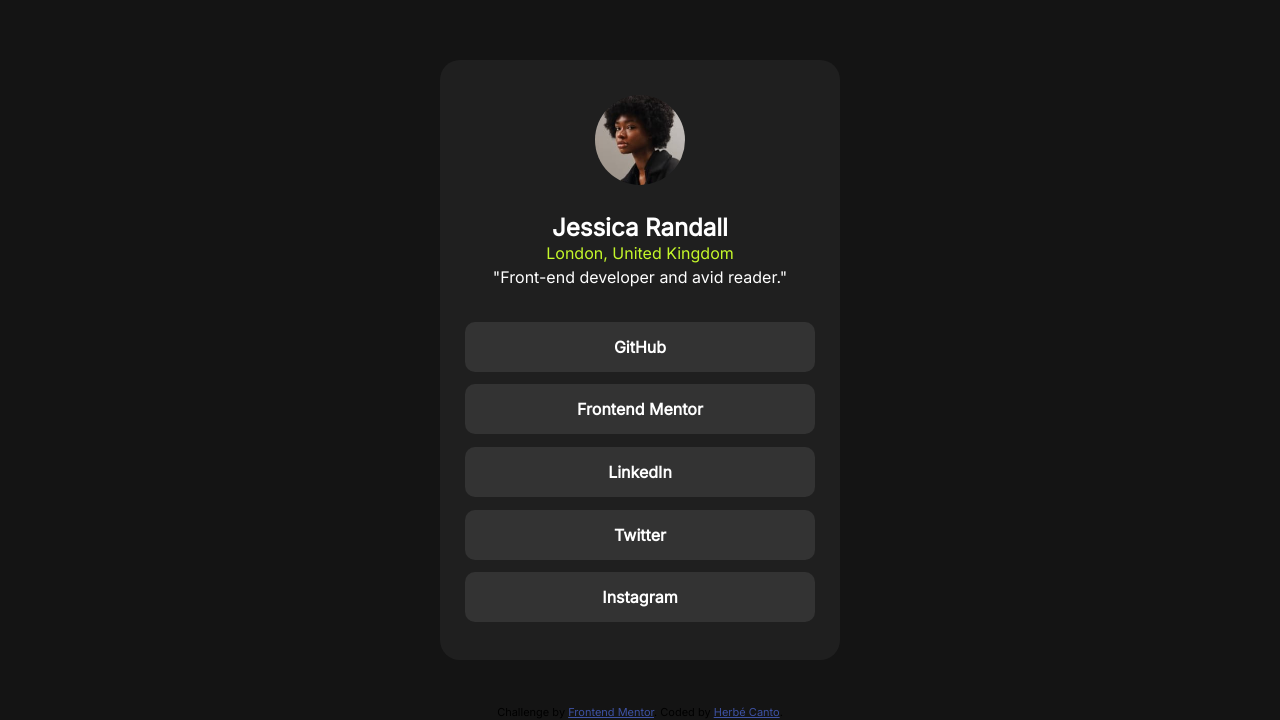
Repository: herbecanto/Social-Links-Profile
Page: index.html
The author's editor kept a copy of each file at every save. The page is drawn from the files as they stood at one save, then again after the next save.
The browser window is 1280 px wide. The pictures show the whole page.

Above is the page before, as saved 2025-01-22 21:47:51.

After the next save:
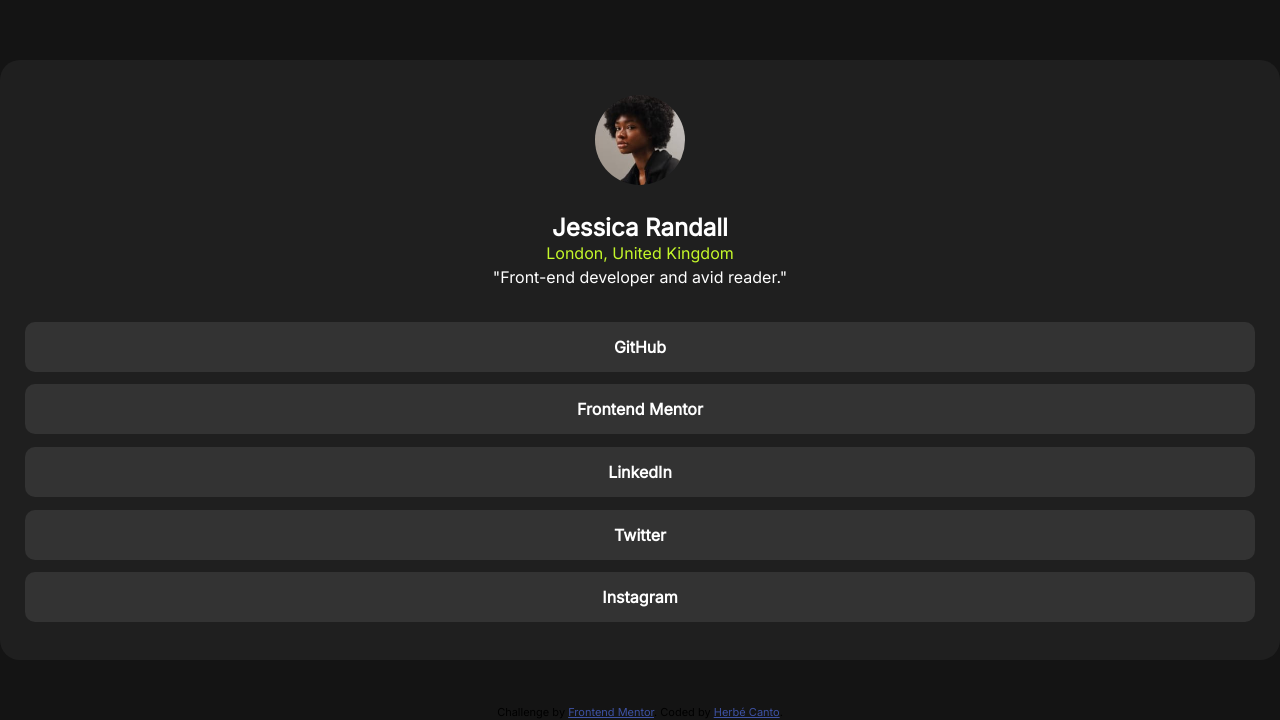
Saved 2 min 8 s later.
--- a/assets/styles/style.css
+++ b/assets/styles/style.css
@@ -116,7 +116,7 @@
 }
 
 .card-container {
-  width: 400px;
+  width: 100%;
   min-width: 300px;
   height: 600px;
 

After the 2 saves that followed:
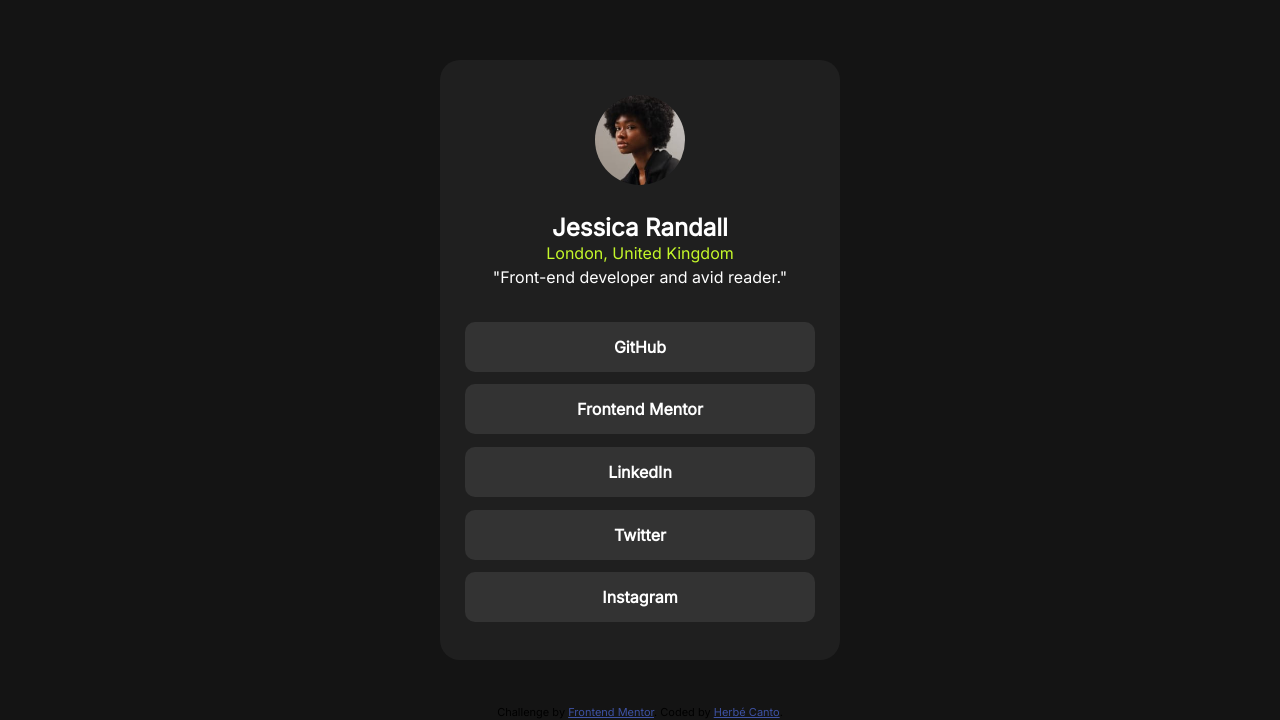
The 2 saves are shown as one change because they came seconds apart.
The last was saved 35 s later.
--- a/assets/styles/style.css
+++ b/assets/styles/style.css
@@ -117,7 +117,8 @@
 
 .card-container {
   width: 100%;
-  min-width: 300px;
+  max-width: 400px;
+  min-width: 280px;
   height: 600px;
 
   background-color: var(--grey800);
